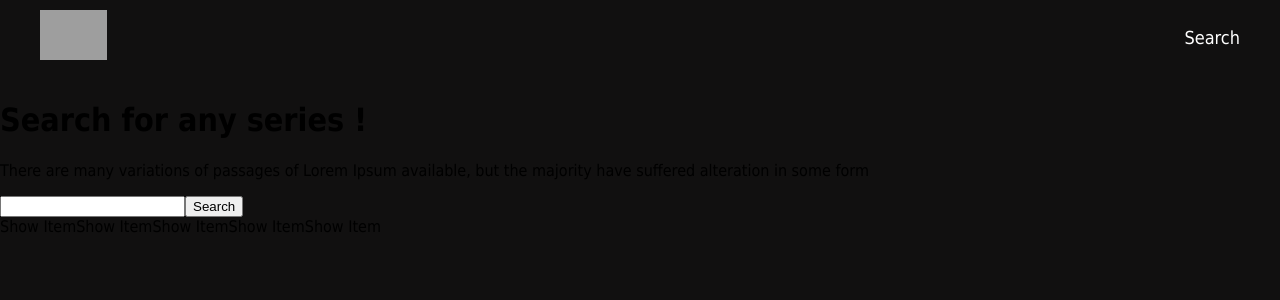
Repository: ahmedhamed15/React-Movies-App
Page: /#/search
These files come from the project's save history. The page is drawn as it stood at one moment and after the next save; the edit follows.
The browser window is 1280 px wide. The pictures show the whole page.
Pictures or frames that could not be fetched are drawn as grey boxes. The project was rebuilt for these pictures with package versions that can differ from the ones it lists, and the page was loaded fresh each time. Also part of the build but not shown: src/Pages/HomePage.js, src/Components/Shows/Show.js, src/Pages/ShowPage.js.

Above is the page before, as saved 2021-07-18 20:52:50.

After the next save:
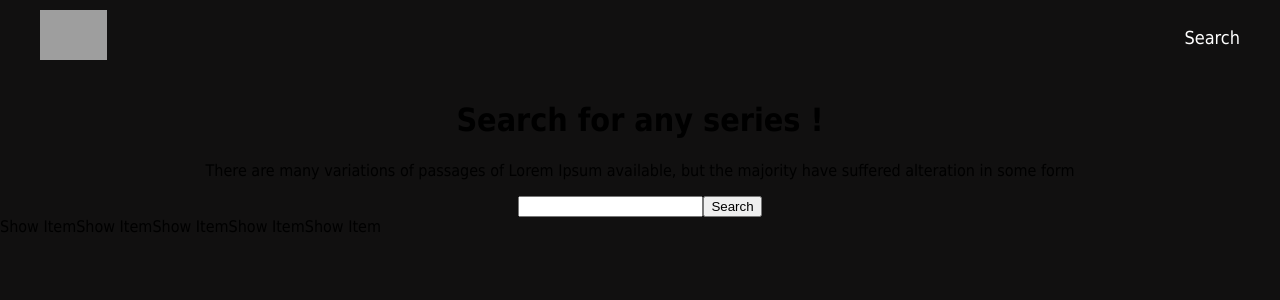
Saved 7 s later.
--- a/src/assets/index.css
+++ b/src/assets/index.css
@@ -41,3 +41,6 @@ header a {
 header a:hover {
   color: #FFB03D
 }
+.text-center {
+  text-align: center;
+}
